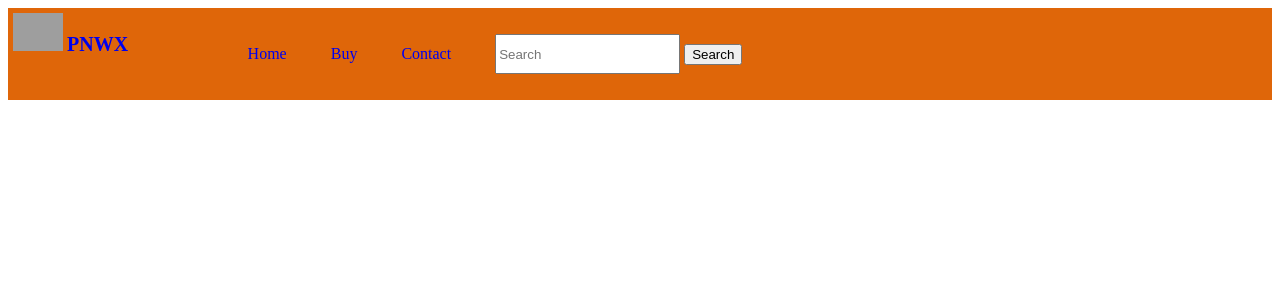
Repository: meiming24/meiming24.github.io
Page: index.html
An editor plug-in stored every save of this project. The page is shown before and after the next save, followed by the edit.
The browser window is 1280 px wide. The pictures show the whole page.
Pictures or frames that could not be fetched are drawn as grey boxes.

Above is the page before, as saved 2022-05-09 19:22:02.

After the next save:
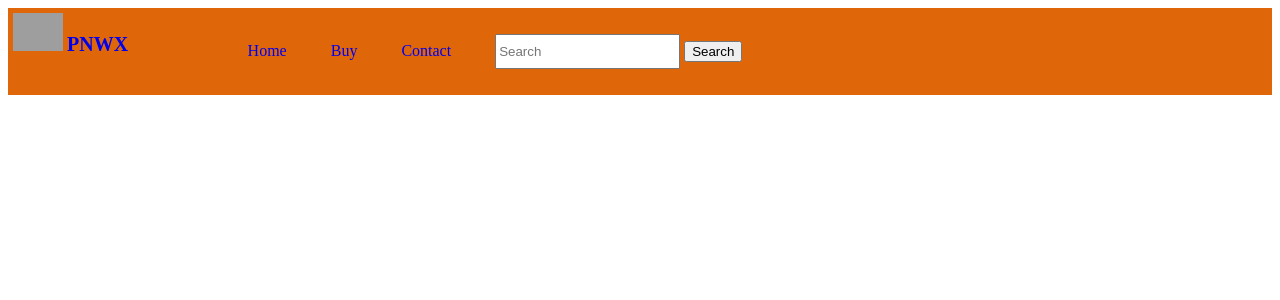
Saved 6 s later.
--- a/index.css
+++ b/index.css
@@ -58,5 +58,5 @@
 }
 
 .nav-bar > nav ul li form input {
-    height: 40px;
+    height: 35px;
 }
